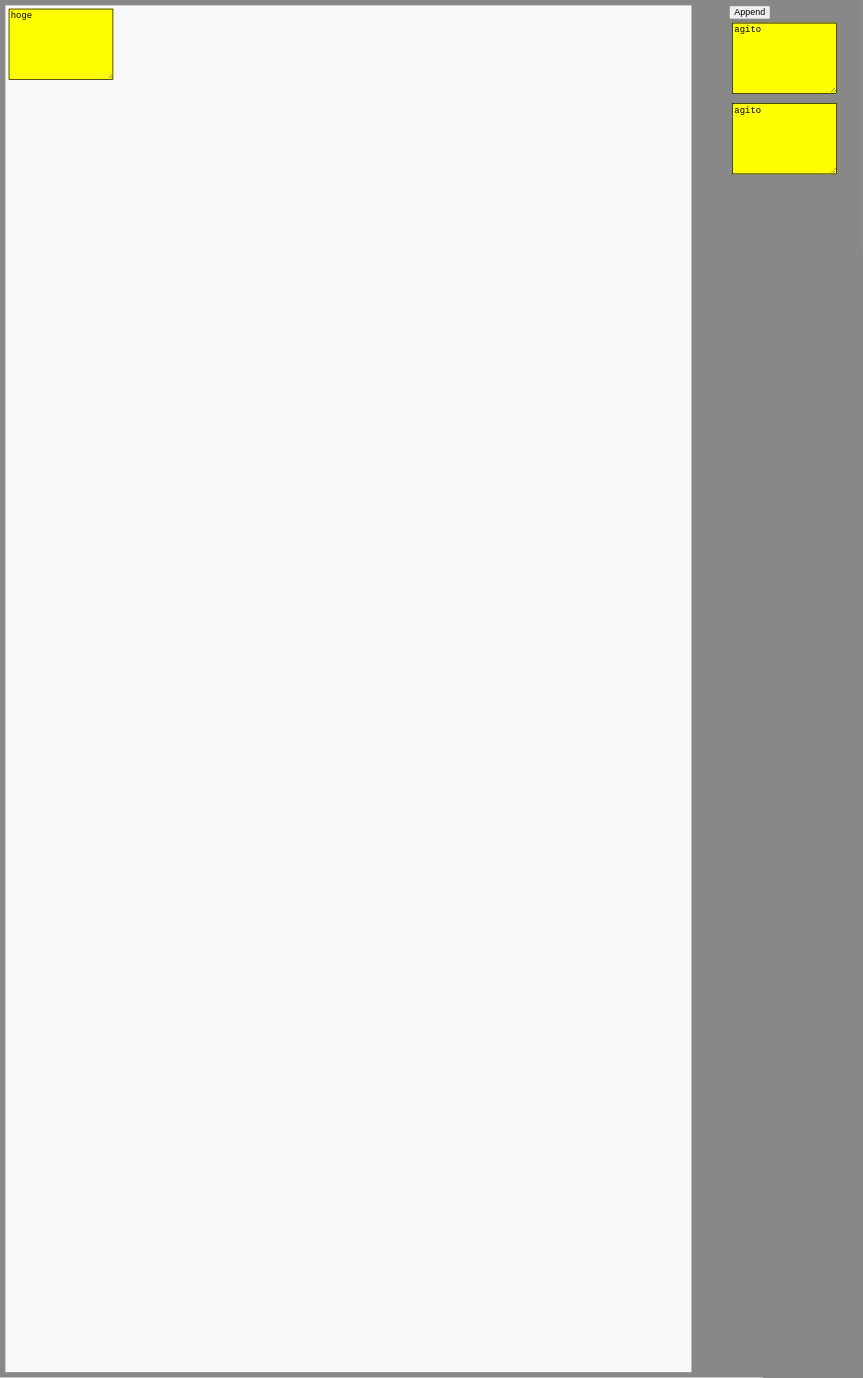
Repository: EndoHizumi/Memocca-Client
Page: board.html
The author's editor kept a copy of each file at every save. The page is drawn from the files as they stood at one save, then again after a run of saves.
The browser window is 1280 px wide. The page is 1288 px wide, so the pictures cover 1288 px, including what lies to the right of the window. The pictures show the whole page, at 67% of full size.

Above is the page before, as saved 2020-03-26 08:31:46.

### board.html
<!DOCTYPE html>
<html>

<head>
  <title>canvas tutorial</title>
  <script src="board.js"></script>
  <style>
    body {
      background: #888888;
      width: 100%;
      height: 2040px;
    }

    #canvas {
      background: #f8f8f8;
      width: 80%;
      height: 100%;
    }

    #stock {
      position: absolute;
      right: 0;
      width: 15%;
    }

    .append {
      display: block;
      right: 50%;
      left: 50%;
      position: relative;
    }

    .sticky {
      border: solid 1px black;
      width: 150px;
      height: 100px;
      margin: 5px;
      margin-top: 5px;
      background: yellow;
    }

    .in_stock {}

    .in_canvas {
      position: absolute;
    }
  </style>
</head>

<body>
  <div id="stock">
    <button id=Append>Append</button>
    <textarea class="sticky in_stock">agito</textarea>
    <textarea class="sticky in_stock">agito</textarea>
  </div>
  <div id="canvas">
    <textarea class="sticky in_canvas">hoge</textarea>
  </div>
</body>
<!--
  boards:
    GET:
        boards:一覧表示
        boards/{id}:詳細表示
    POST:
        boards:作成
    PUT:
        boards/{id}:更新（メンバーの追加・退出）
    DELETE:
        boards/{id}:削除
  stickeys:
    GET:
        stickeys/{boardid}:付箋全部取得
    POST:
        stickeys/{boardid}:付箋追加
    PUT:
        stickeys/{boardid}:付箋内容変更
    DELETE:
        stickeys/{boardid}:付箋削除
  users:
    GET:
        users/:ユーザー一覧
        users/{userid}:ユーザー詳細情報
    POST:
        users/{board}:ユーザー追加
    PUT:
        users/{userid}:ユーザー情報変更
    DELETE:
        users/{userid}:ユーザー削除
-->

</html>

### board.js
window.onload = function () {
  function onClick(e) {
    var div = document.createElement('textarea');
    div.className = 'sticky in_stock';
    document.getElementById('stock').appendChild(div);
  }

  append = document.getElementById('Append')
  append.addEventListener('click', onClick, false);
}

After the next 2 saves:
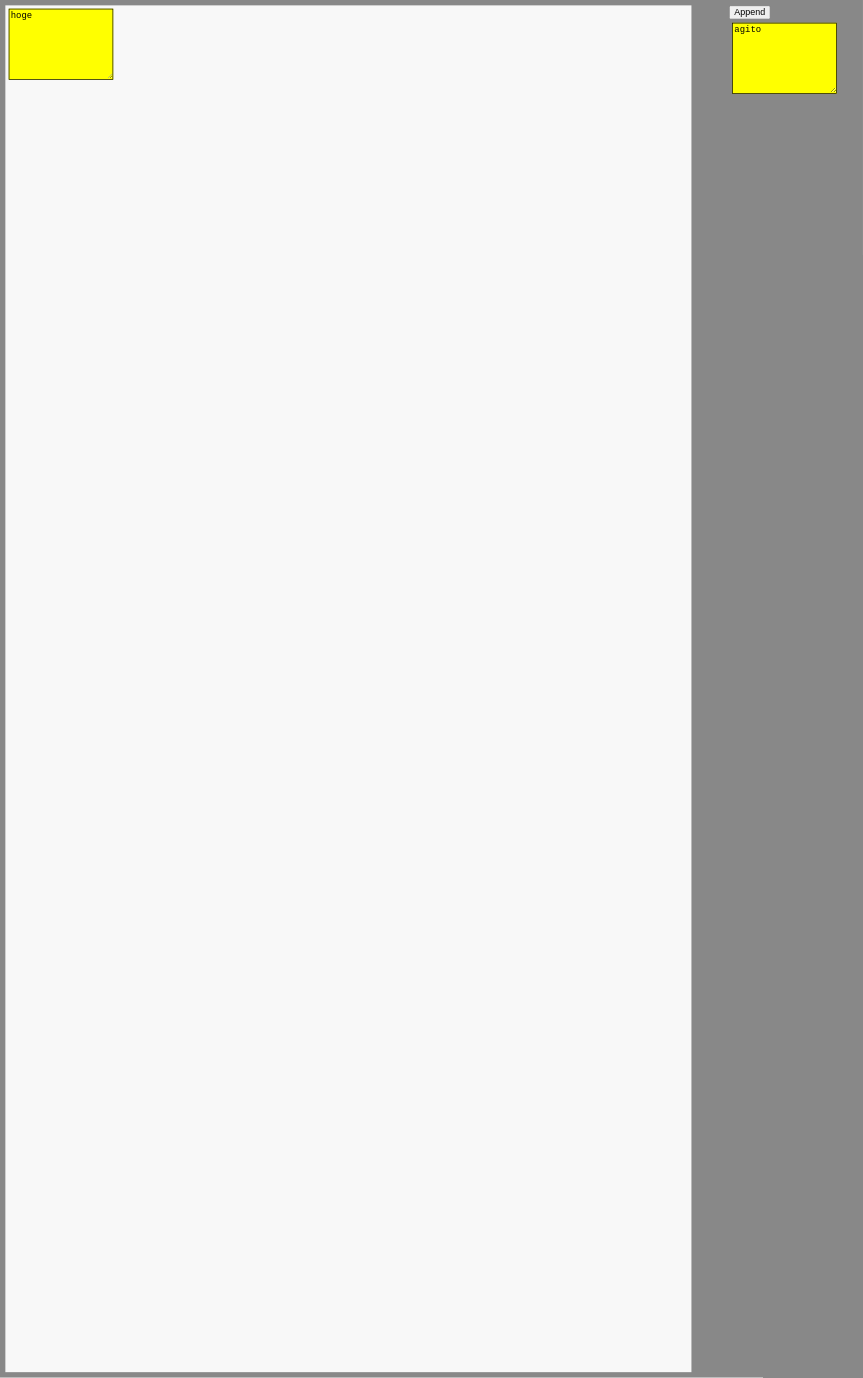
The 2 saves are shown as one change because they came seconds apart.
The last was saved 22 s later.
--- a/board.html
+++ b/board.html
@@ -51,7 +51,6 @@
   <div id="stock">
     <button id=Append>Append</button>
     <textarea class="sticky in_stock">agito</textarea>
-    <textarea class="sticky in_stock">agito</textarea>
   </div>
   <div id="canvas">
     <textarea class="sticky in_canvas">hoge</textarea>
